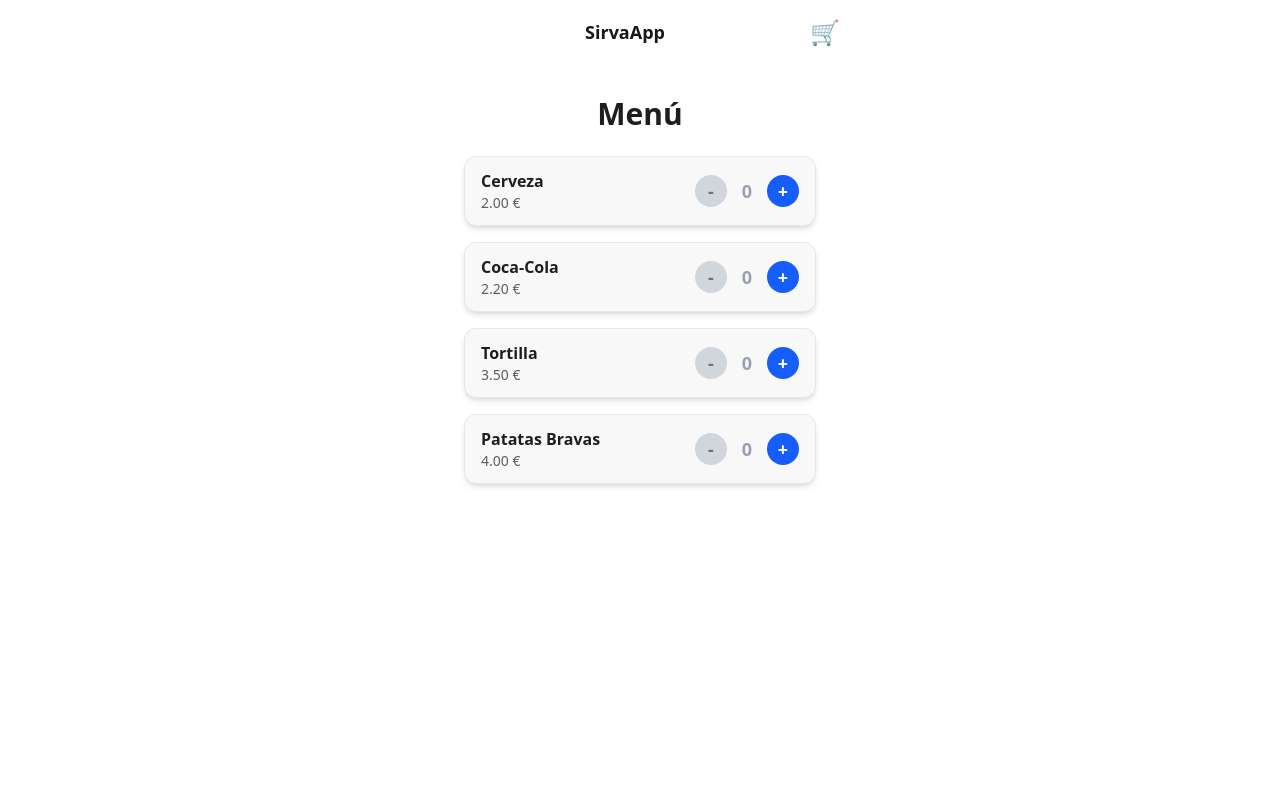
Repository: jrcardenas/sirvaapp
Page: /menu
These files come from the project's save history. The page is drawn as it stood at one moment and after the next save; the edit follows.
The browser window is 1280 px wide. The pictures show the whole page.
The project was rebuilt for these pictures with package versions that can differ from the ones it lists, and the page was loaded fresh each time. The framework's server and built-in components were replaced by stand-ins that run in the browser. Also part of the build but not shown: next.config.ts.

Above is the page before, as saved 2025-11-02 11:52:32.

After the next save:
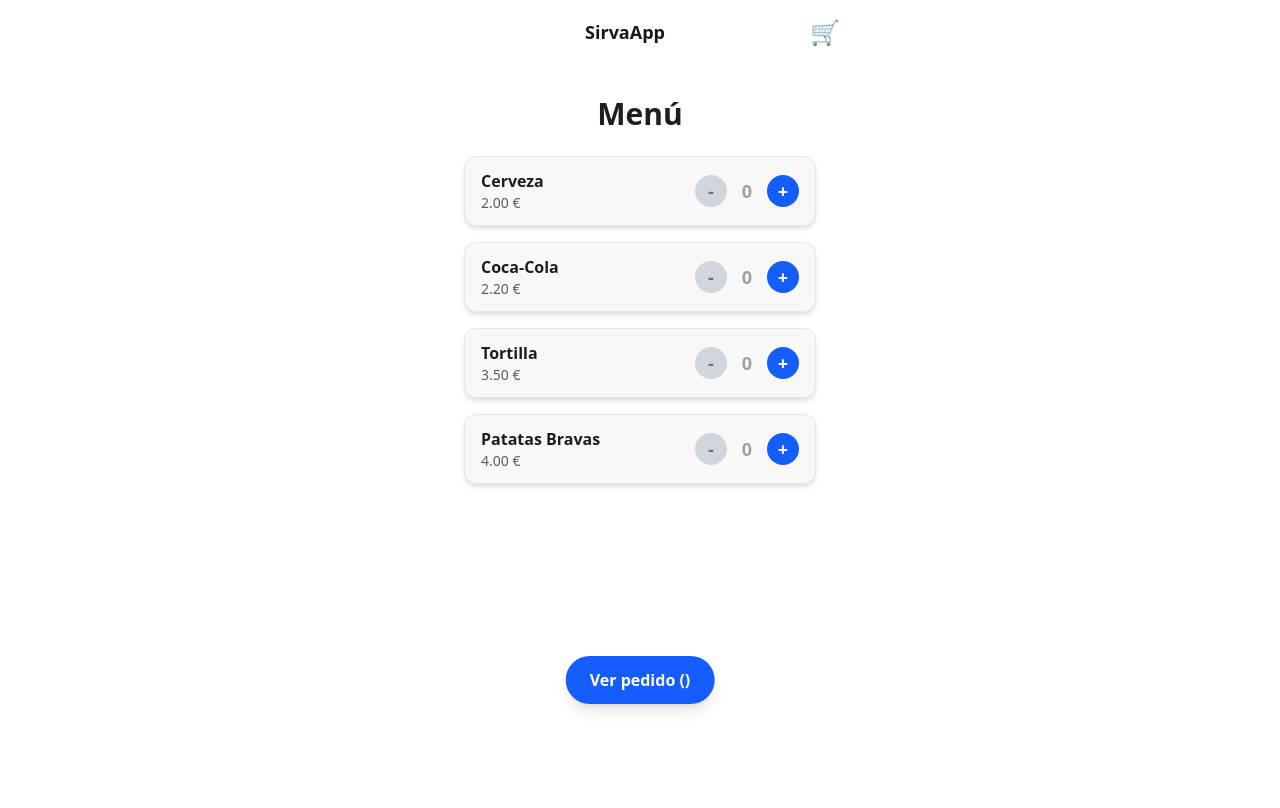
Saved 61 s later.
--- a/app/store/cartStore.ts
+++ b/app/store/cartStore.ts
@@ -1,67 +1,67 @@
+"use client";
+
 import { create } from "zustand";
 
-export interface CartItem {
+export type CartItem = {
   id: string;
   name: string;
   price: number;
   qty: number;
   note?: string;
-}
+};
 
-interface CartState {
+type CartState = {
   items: CartItem[];
+
   addItem: (item: CartItem) => void;
-  changeQty: (id: string, qty: number) => void;
-  removeItem: (id: string, note?: string) => void;
+  changeQty: (id: string, newQty: number) => void;
+  removeItem: (id: string) => void;
   clearCart: () => void;
-  totalItems: number;
-  totalAmount: number;
-}
+};
 
 export const useCartStore = create<CartState>((set, get) => ({
   items: [],
 
-  addItem: (item) => {
-    const exists = get().items.find(
-      (i) => i.id === item.id && i.note === item.note
-    );
-
-    if (exists) {
-      set({
-        items: get().items.map((i) =>
-          i.id === item.id && i.note === item.note
-            ? { ...i, qty: i.qty + item.qty }
-            : i
-        ),
-      });
-    } else {
-      set({ items: [...get().items, item] });
-    }
-  },
-
-  changeQty: (id, qty) => {
-    if (qty < 1) return; // ✅ regla elegida (A)
-    set({
-      items: get().items.map((i) =>
-        i.id === id ? { ...i, qty } : i
-      ),
-    });
-  },
-
-  removeItem: (id, note) =>
-    set({
-      items: get().items.filter(
-        (i) => !(i.id === id && i.note === note)
-      ),
+  // ✅ Añadir producto o sumar si ya existe
+  addItem: (item) =>
+    set((state) => {
+      const existing = state.items.find(
+        (i) => i.id === item.id && i.note === item.note
+      );
+      if (existing) {
+        return {
+          items: state.items.map((i) =>
+            i.id === item.id && i.note === item.note
+              ? { ...i, qty: i.qty + item.qty }
+              : i
+          ),
+        };
+      }
+      return { items: [...state.items, item] };
     }),
 
+  // ✅ Reducir / aumentar cantidad
+  changeQty: (id, newQty) =>
+    set((state) => {
+      if (newQty <= 0) {
+        // 🔥 Eliminar producto cuando llegue a 0
+        return {
+          items: state.items.filter((item) => item.id !== id),
+        };
+      }
+      return {
+        items: state.items.map((item) =>
+          item.id === id ? { ...item, qty: newQty } : item
+        ),
+      };
+    }),
+
+  // ✅ Eliminar producto manualmente
+  removeItem: (id) =>
+    set((state) => ({
+      items: state.items.filter((item) => item.id !== id),
+    })),
+
+  // ✅ Vaciar carrito
   clearCart: () => set({ items: [] }),
-
-  get totalItems() {
-    return get().items.reduce((acc, i) => acc + i.qty, 0);
-  },
-
-  get totalAmount() {
-    return get().items.reduce((acc, i) => acc + i.qty * i.price, 0);
-  },
 }));

After the save that followed:
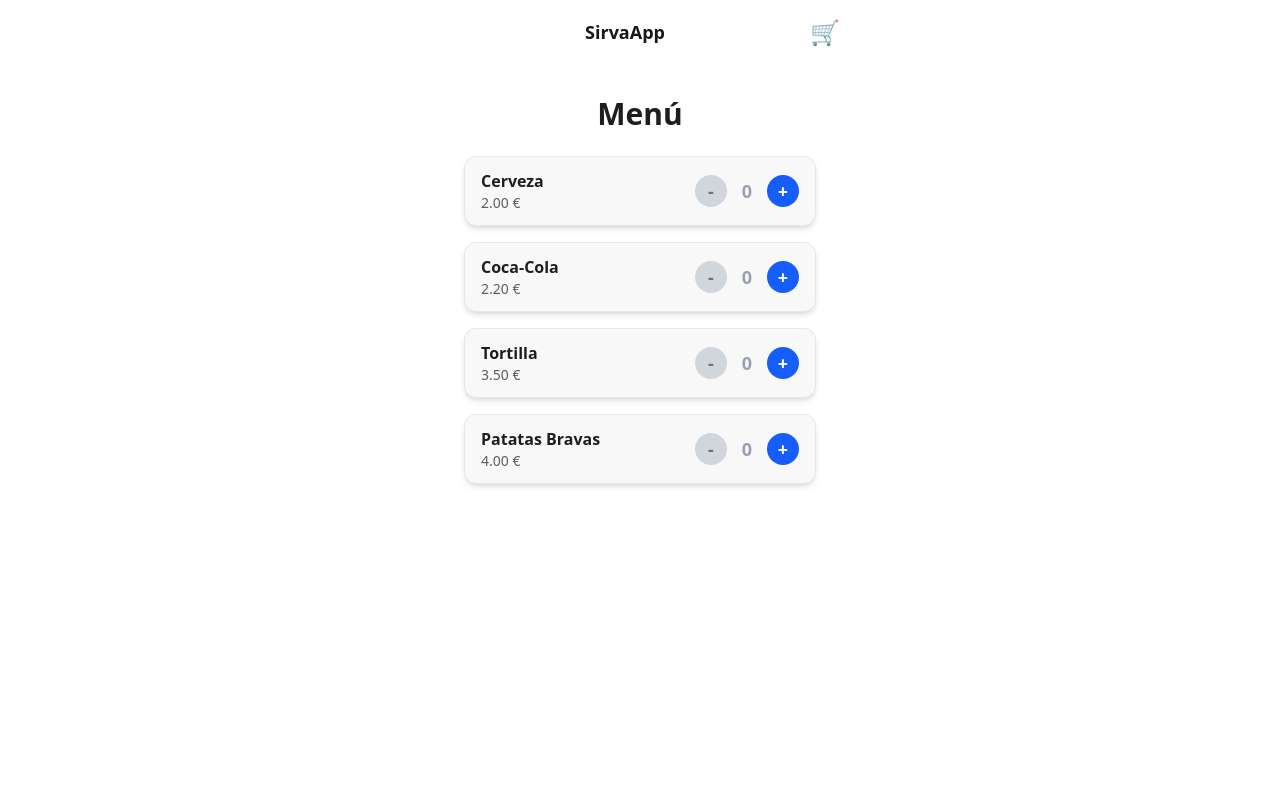
Saved 5 s later.
--- a/app/store/cartStore.ts
+++ b/app/store/cartStore.ts
@@ -1,67 +1,67 @@
-"use client";
-
 import { create } from "zustand";
 
-export type CartItem = {
+export interface CartItem {
   id: string;
   name: string;
   price: number;
   qty: number;
   note?: string;
-};
+}
 
-type CartState = {
+interface CartState {
   items: CartItem[];
-
   addItem: (item: CartItem) => void;
-  changeQty: (id: string, newQty: number) => void;
-  removeItem: (id: string) => void;
+  changeQty: (id: string, qty: number) => void;
+  removeItem: (id: string, note?: string) => void;
   clearCart: () => void;
-};
+  totalItems: number;
+  totalAmount: number;
+}
 
 export const useCartStore = create<CartState>((set, get) => ({
   items: [],
 
-  // ✅ Añadir producto o sumar si ya existe
-  addItem: (item) =>
-    set((state) => {
-      const existing = state.items.find(
-        (i) => i.id === item.id && i.note === item.note
-      );
-      if (existing) {
-        return {
-          items: state.items.map((i) =>
-            i.id === item.id && i.note === item.note
-              ? { ...i, qty: i.qty + item.qty }
-              : i
-          ),
-        };
-      }
-      return { items: [...state.items, item] };
+  addItem: (item) => {
+    const exists = get().items.find(
+      (i) => i.id === item.id && i.note === item.note
+    );
+
+    if (exists) {
+      set({
+        items: get().items.map((i) =>
+          i.id === item.id && i.note === item.note
+            ? { ...i, qty: i.qty + item.qty }
+            : i
+        ),
+      });
+    } else {
+      set({ items: [...get().items, item] });
+    }
+  },
+
+  changeQty: (id, qty) => {
+    if (qty < 1) return; // ✅ regla elegida (A)
+    set({
+      items: get().items.map((i) =>
+        i.id === id ? { ...i, qty } : i
+      ),
+    });
+  },
+
+  removeItem: (id, note) =>
+    set({
+      items: get().items.filter(
+        (i) => !(i.id === id && i.note === note)
+      ),
     }),
 
-  // ✅ Reducir / aumentar cantidad
-  changeQty: (id, newQty) =>
-    set((state) => {
-      if (newQty <= 0) {
-        // 🔥 Eliminar producto cuando llegue a 0
-        return {
-          items: state.items.filter((item) => item.id !== id),
-        };
-      }
-      return {
-        items: state.items.map((item) =>
-          item.id === id ? { ...item, qty: newQty } : item
-        ),
-      };
-    }),
+  clearCart: () => set({ items: [] }),
 
-  // ✅ Eliminar producto manualmente
-  removeItem: (id) =>
-    set((state) => ({
-      items: state.items.filter((item) => item.id !== id),
-    })),
+  get totalItems() {
+    return get().items.reduce((acc, i) => acc + i.qty, 0);
+  },
 
-  // ✅ Vaciar carrito
-  clearCart: () => set({ items: [] }),
+  get totalAmount() {
+    return get().items.reduce((acc, i) => acc + i.qty * i.price, 0);
+  },
 }));
